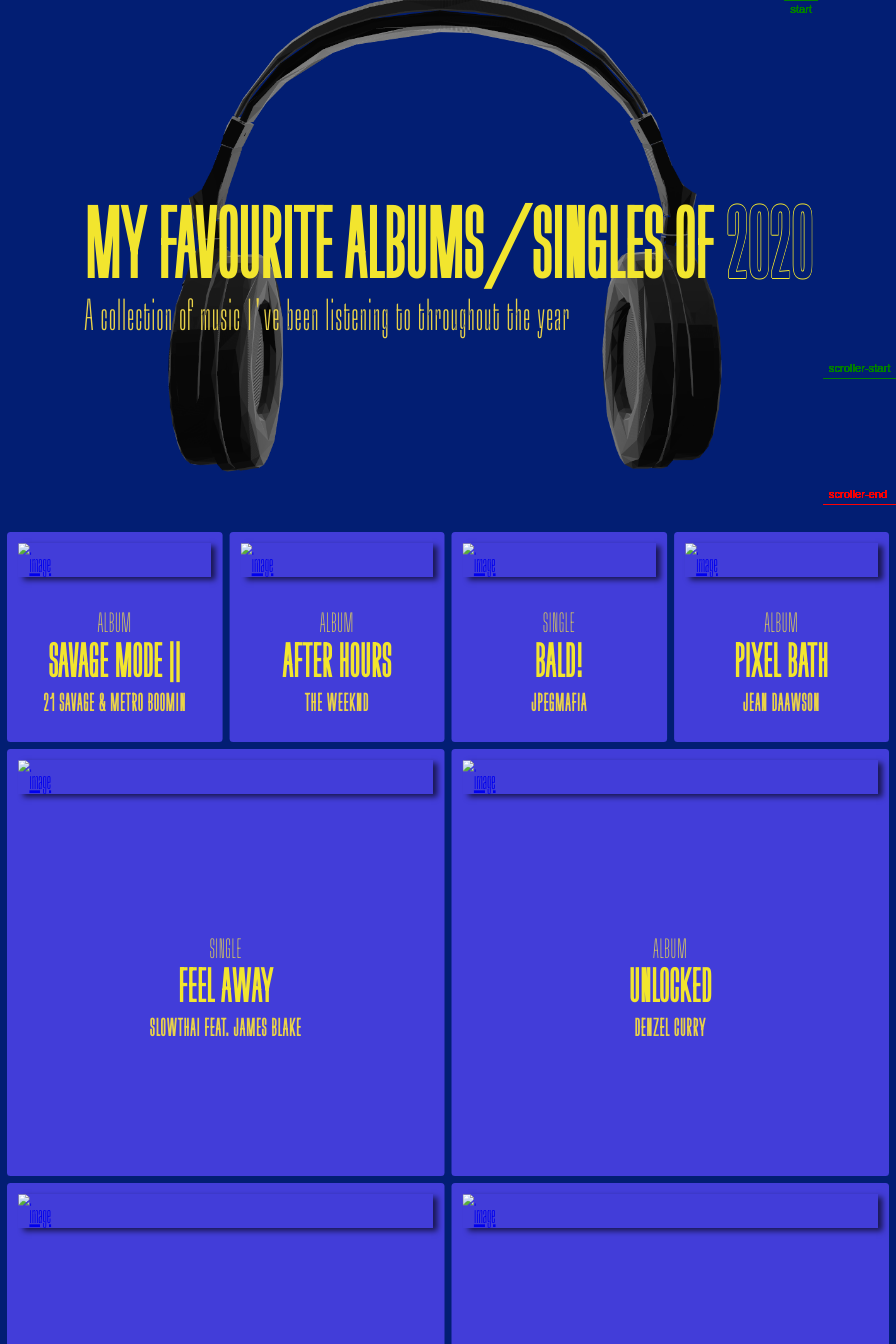
Repository: Spreceriany/musicly2020
Page: /
These files come from the project's save history. The page is drawn as it stood at one moment and after the next save; the edit follows.
The browser window is 1280 px wide. The pictures show the part of the page from y = 0 to 1920 px (the page is 6065 px tall before and 6055 px after), at 70% of full size.
Backgrounds fixed to the window are drawn as part of the page. Some web libraries are served in a nearby version. The project was rebuilt for these pictures with package versions that can differ from the ones it lists, and the page was loaded fresh each time.

Above is the page before, as saved 2021-01-18 15:39:25.
Console error: ReferenceError: Blazy is not defined

After the next save:
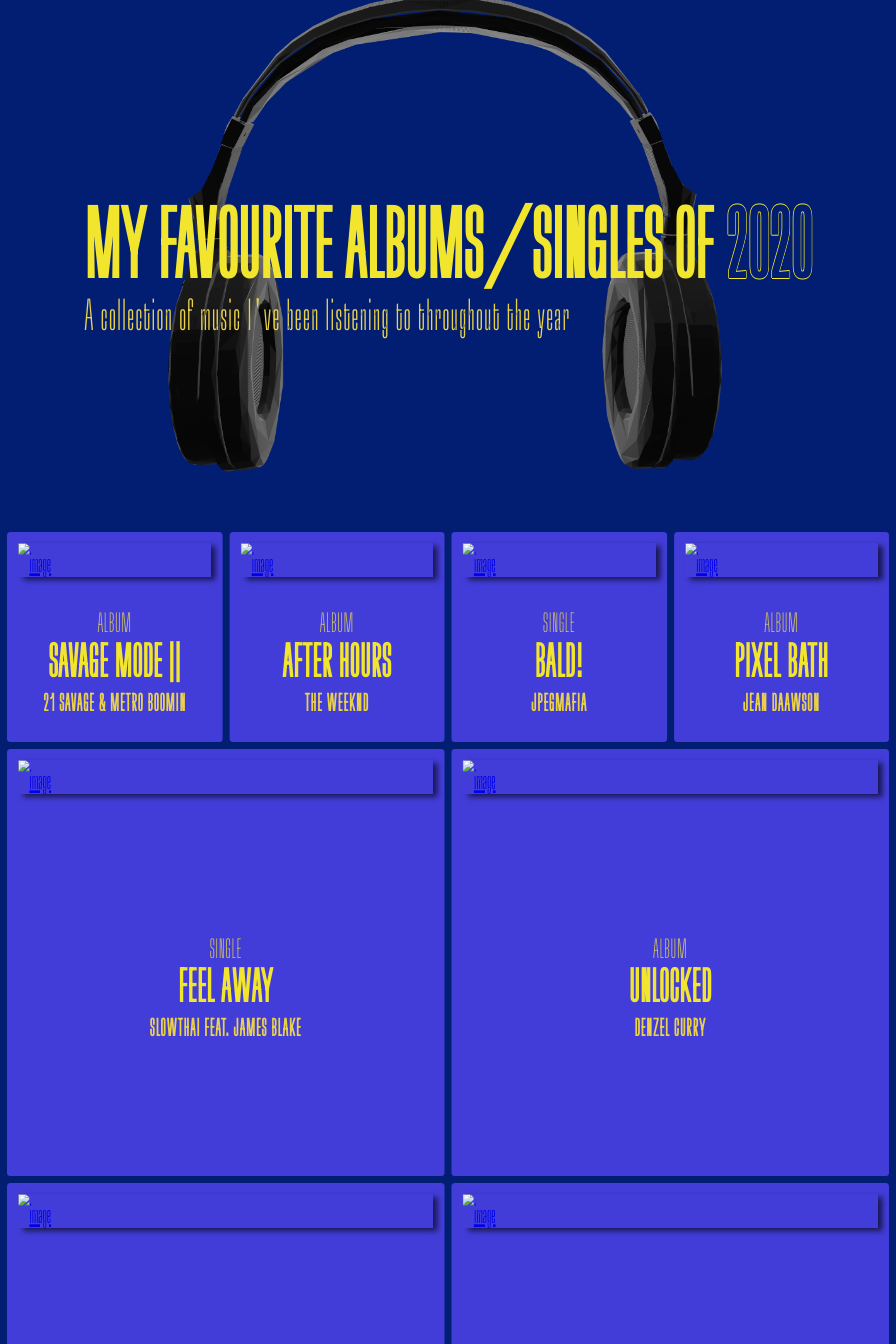
Saved 68 s later.
--- a/js/main.js
+++ b/js/main.js
@@ -2,15 +2,12 @@
 gsap.registerPlugin(ScrollTrigger);
 
 ScrollTrigger.batch(".grid-item", {
+  start: "top 75%",
+  end:"bottom 25%",
   onEnter: (batch) =>
     gsap.to(batch,
         { opacity: 1,
           stagger: 0.3,
-          scrollTrigger:{
-              start: "top 75%",
-              markers:true
-          }
-
         }),
   onLeaveBack: (batch) => gsap.to(batch, { opacity: 0, stagger: 0.3 }),
 });
